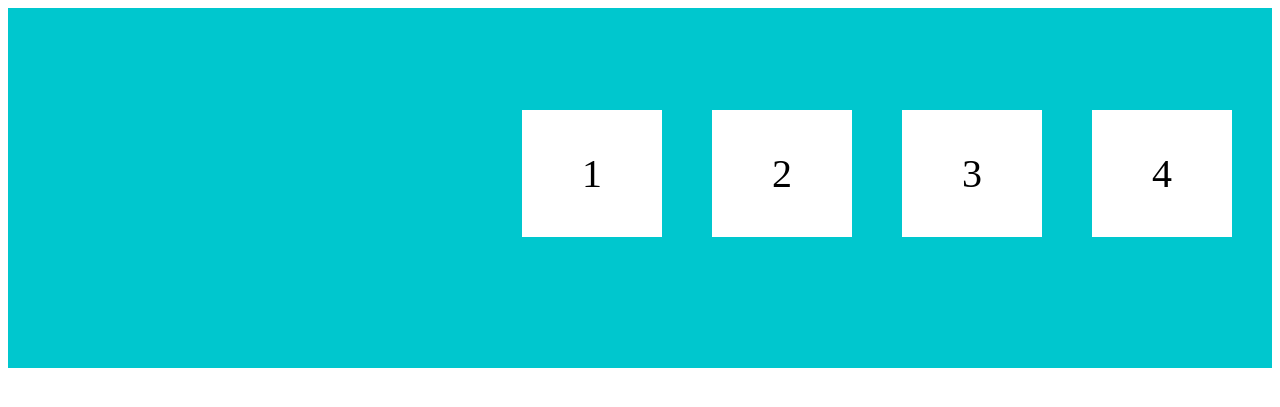
Repository: kiruha313/DWC
Page: flex/flex.html
The author's editor kept a record of every edit. The page is drawn from the files as they stood at one moment, then again after the next edit.
The browser window is 1280 px wide. The pictures show the whole page.

Above is the page before.

After the next edit:
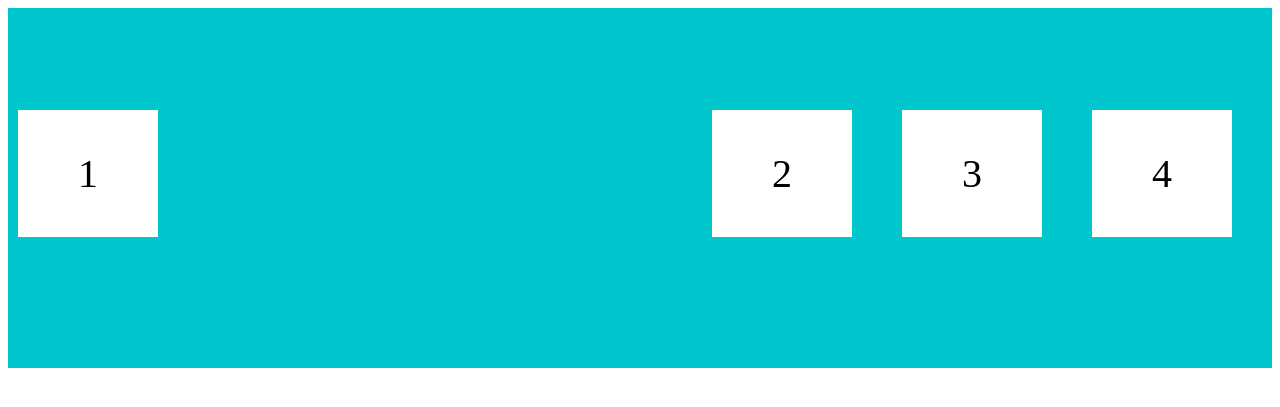
The edit:
--- a/flex/style.css
+++ b/flex/style.css
@@ -4,6 +4,10 @@
   display: flex;
   justify-content:flex-end;
   align-items: center;
+}
+
+.flex > :first-child {
+  margin-right: auto;
 }
 
 

After the 2 edits that followed:
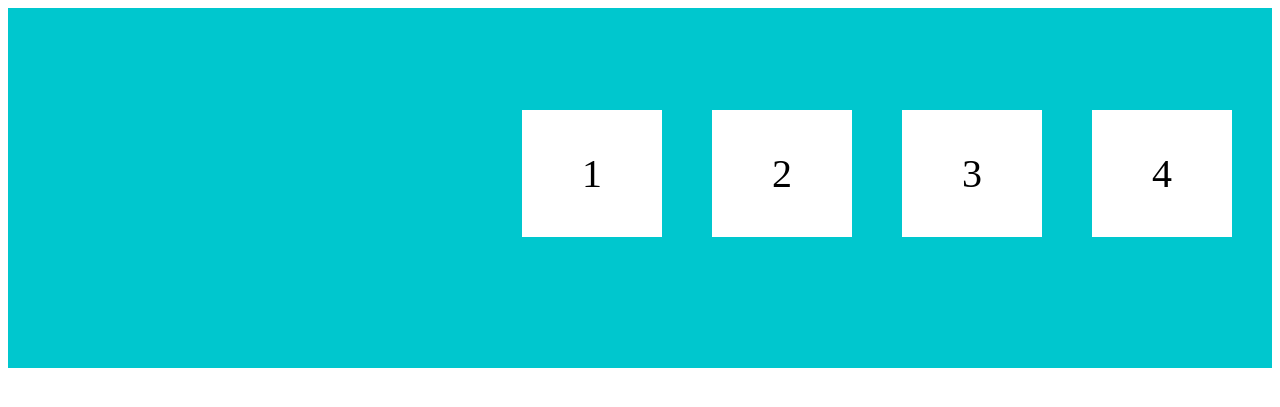
The 2 edits are shown as one change because 1 left the picture as it was.
The edit:
--- a/flex/style.css
+++ b/flex/style.css
@@ -6,8 +6,10 @@
   align-items: center;
 }
 
+
+
 .flex > :first-child {
-  margin-right: auto;
+  margin-left: auto;
 }
 
 
